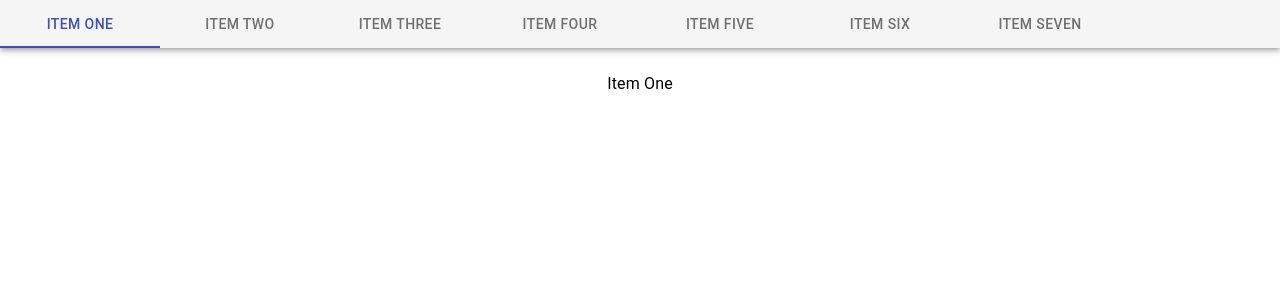
Repository: hossamsulleman1/CONTACTME
Page: / (app in my-app/)
The author's editor kept a copy of each file at every save. The page is drawn from the files as they stood at one save, then again after the next save.
The browser window is 1280 px wide. The pictures show the whole page.
The project was rebuilt for these pictures with package versions that can differ from the ones it lists, and the page was loaded fresh each time.

Above is the page before, as saved 2020-11-07 13:34:31.

### my-app/src/App.js
import logo from './logo.svg';
import './App.css';
import IconNav from './Components/IconNav';

function App() {
  return (
    <div className="App">
<IconNav>

</IconNav>
    </div>
  );
}

export default App;

### my-app/src/Components/IconNav.jsx
import React from "react";
import PropTypes from "prop-types";
import { makeStyles } from "@material-ui/core/styles";
import AppBar from "@material-ui/core/AppBar";
import Tabs from "@material-ui/core/Tabs";
import Tab from "@material-ui/core/Tab";
import Typography from "@material-ui/core/Typography";
import Box from "@material-ui/core/Box";

function TabPanel(props) {
  const { children, value, index, ...other } = props;

  return (
    <div
      role="tabpanel"
      hidden={value !== index}
      id={`scrollable-auto-tabpanel-${index}`}
      aria-labelledby={`scrollable-auto-tab-${index}`}
      {...other}
    >
      {value === index && (
        <Box p={3}>
          <Typography>{children}</Typography>
        </Box>
      )}
    </div>
  );
}

TabPanel.propTypes = {
  children: PropTypes.node,
  index: PropTypes.any.isRequired,
  value: PropTypes.any.isRequired,
};

function a11yProps(index) {
  return {
    id: `scrollable-auto-tab-${index}`,
    "aria-controls": `scrollable-auto-tabpanel-${index}`,
  };
}

const useStyles = makeStyles((theme) => ({
  root: {
    flexGrow: 1,
    width: "100%",
    backgroundColor: theme.palette.background.paper,
  },
}));

export default function IconNav() {
  const classes = useStyles();
  const [value, setValue] = React.useState(0);

  const handleChange = (event, newValue) => {
    setValue(newValue);
  };

  return (
    <div className={classes.root}>
      <AppBar position="static" color="default">
        <Tabs
          value={value}
          onChange={handleChange}
          indicatorColor="primary"
          textColor="primary"
          variant="scrollable"
          scrollButtons="auto"
          aria-label="scrollable auto tabs example"
        >
          <Tab label="Item One" {...a11yProps(0)} />
          <Tab label="Item Two" {...a11yProps(1)} />
          <Tab label="Item Three" {...a11yProps(2)} />
          <Tab label="Item Four" {...a11yProps(3)} />
          <Tab label="Item Five" {...a11yProps(4)} />
          <Tab label="Item Six" {...a11yProps(5)} />
          <Tab label="Item Seven" {...a11yProps(6)} />
        </Tabs>
      </AppBar>
      <TabPanel value={value} index={0}>
        Item One
      </TabPanel>
      <TabPanel value={value} index={1}>
        Item Two
      </TabPanel>
      <TabPanel value={value} index={2}>
        Item Three
      </TabPanel>
      <TabPanel value={value} index={3}>
        Item Four
      </TabPanel>
      <TabPanel value={value} index={4}>
        Item Five
      </TabPanel>
      <TabPanel value={value} index={5}>
        Item Six
      </TabPanel>
      <TabPanel value={value} index={6}>
        Item Seven
      </TabPanel>
    </div>
  );
}

Loaded but not shown: my-app/public/index.html (common file); my-app/src/index.js (common file); my-app/src/index.css (common file); my-app/src/reportWebVitals.js (common file); my-app/src/App.css (common file)

After the next save:
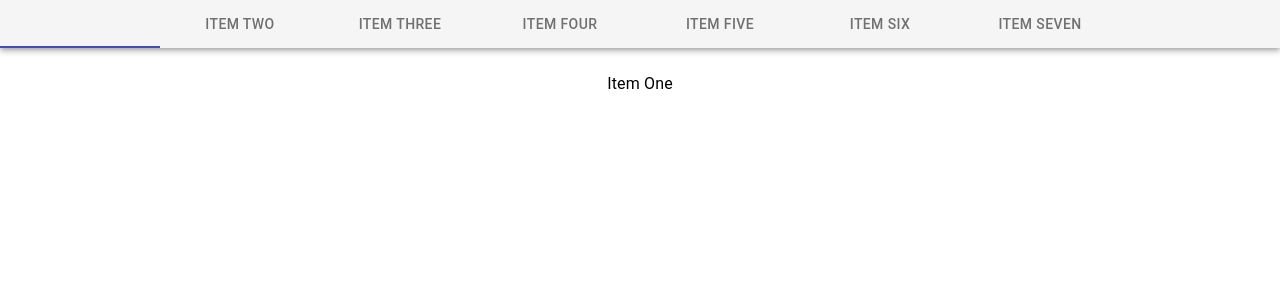
Saved 63 s later.
--- a/my-app/src/Components/IconNav.jsx
+++ b/my-app/src/Components/IconNav.jsx
@@ -68,7 +68,7 @@
           scrollButtons="auto"
           aria-label="scrollable auto tabs example"
         >
-          <Tab label="Item One" {...a11yProps(0)} />
+          <Tab iconlabel="Item One" {...a11yProps(0)} />
           <Tab label="Item Two" {...a11yProps(1)} />
           <Tab label="Item Three" {...a11yProps(2)} />
           <Tab label="Item Four" {...a11yProps(3)} />

After the save that followed:
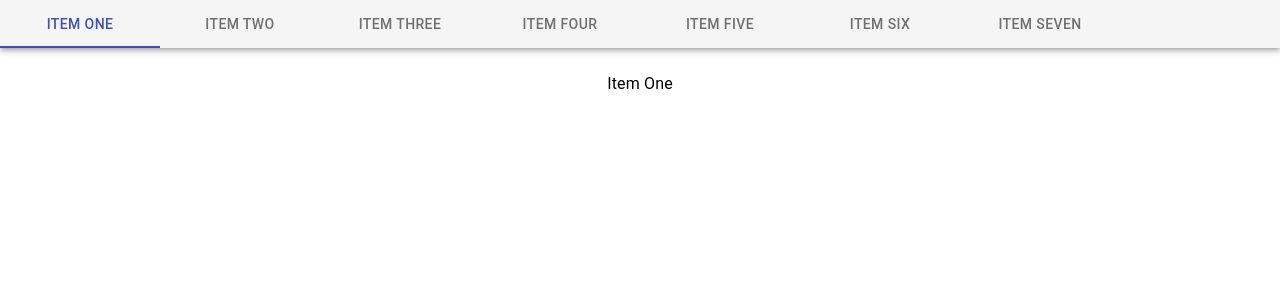
Saved 7 s later.
--- a/my-app/src/Components/IconNav.jsx
+++ b/my-app/src/Components/IconNav.jsx
@@ -68,7 +68,7 @@
           scrollButtons="auto"
           aria-label="scrollable auto tabs example"
         >
-          <Tab iconlabel="Item One" {...a11yProps(0)} />
+          <Tab icon="" label="Item One" {...a11yProps(0)} />
           <Tab label="Item Two" {...a11yProps(1)} />
           <Tab label="Item Three" {...a11yProps(2)} />
           <Tab label="Item Four" {...a11yProps(3)} />
